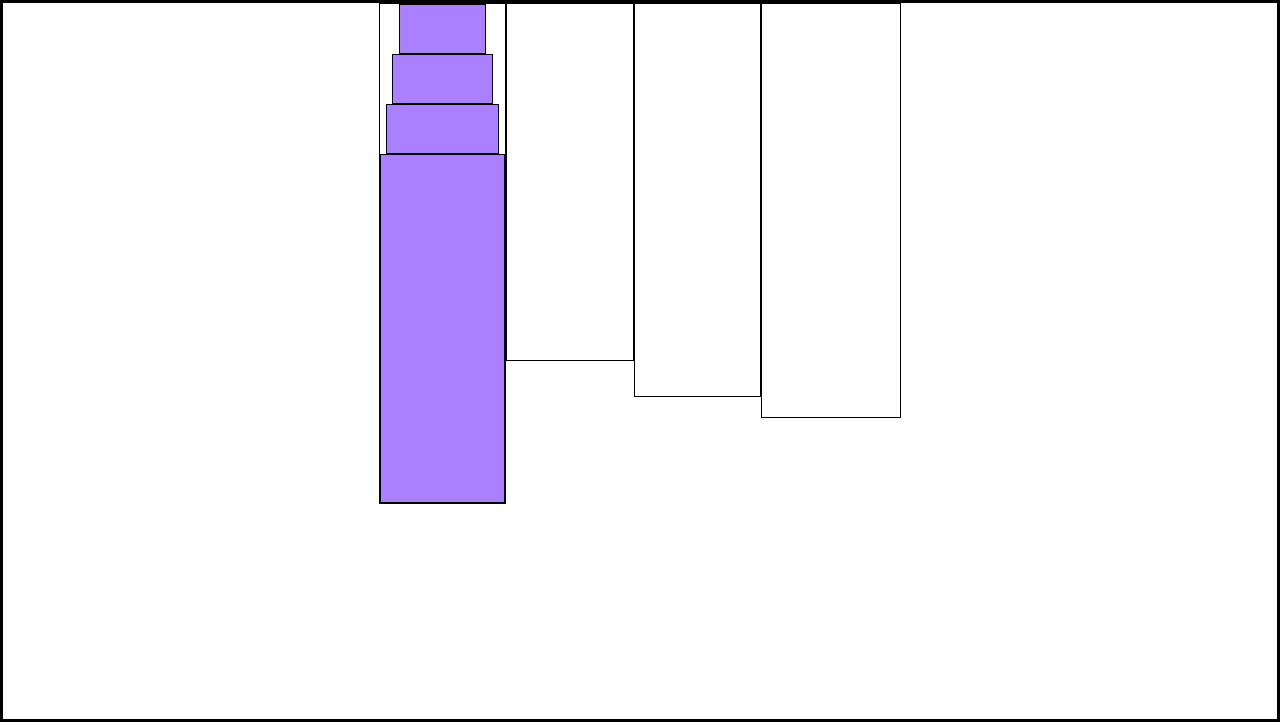
Repository: Lungdjos/city_skyline
Page: index.html
These files come from the project's save history. The page is drawn as it stood at one moment and after a run of saves; the edit follows.
The browser window is 1280 px wide. The pictures show the whole page.

Above is the page before, as saved 2023-12-11 09:48:13.

After the next 2 saves:
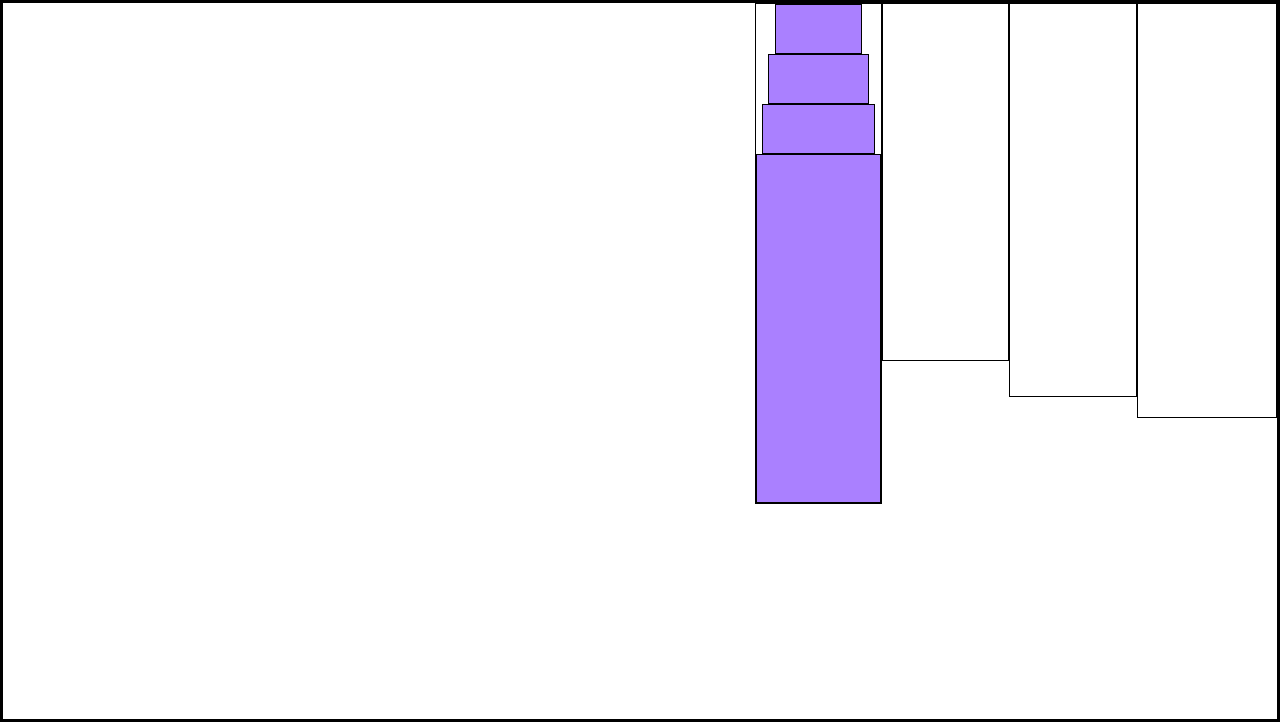
The 2 saves are shown as one change because they came seconds apart.
The last was saved 10 s later.
--- a/styles.css
+++ b/styles.css
@@ -14,7 +14,7 @@ body {
     height: 100%;
     display: flex;
     align-items: start;
-    justify-content: center;
+    justify-content: flex-end;
 }
 
 .bb1 {
